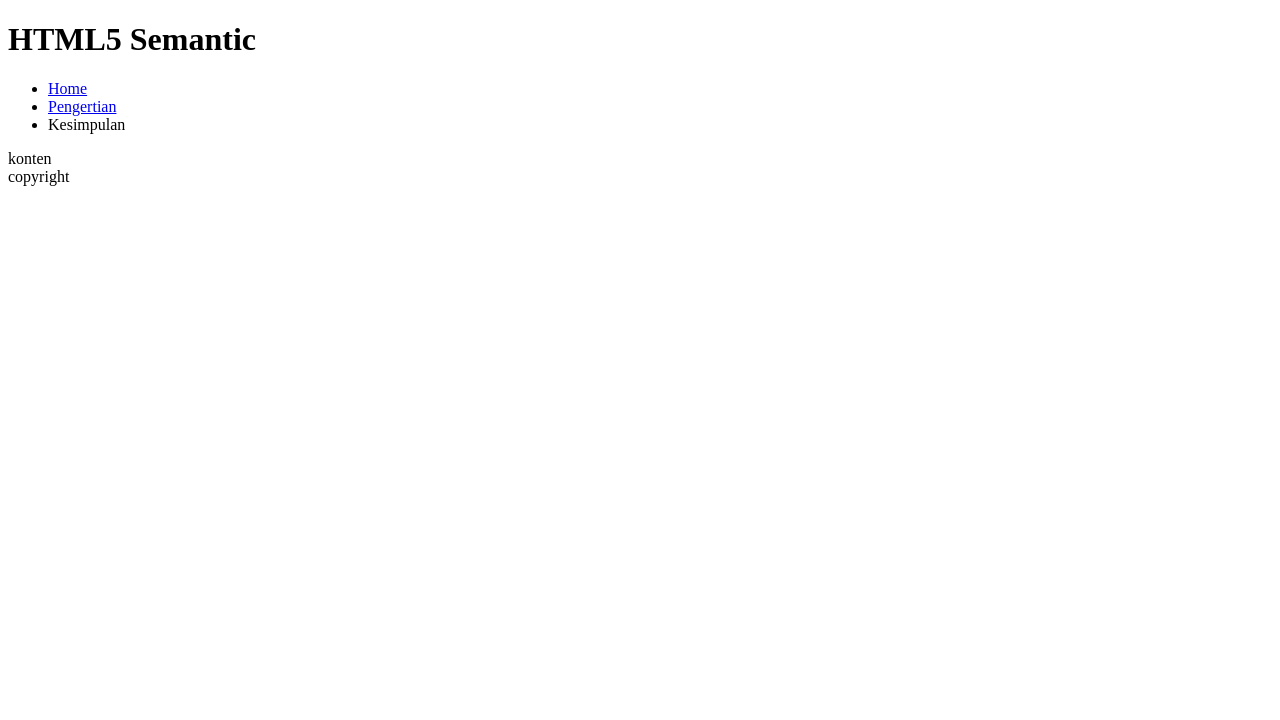
Repository: DejanAmru/dejan-praktikum
Page: modul-4/4.html
These files come from the project's save history. The page is drawn as it stood at one moment and after the next save; the edit follows.
The browser window is 1280 px wide. The pictures show the whole page.

Above is the page before, as saved 2025-10-24 14:47:10.

After the next save:
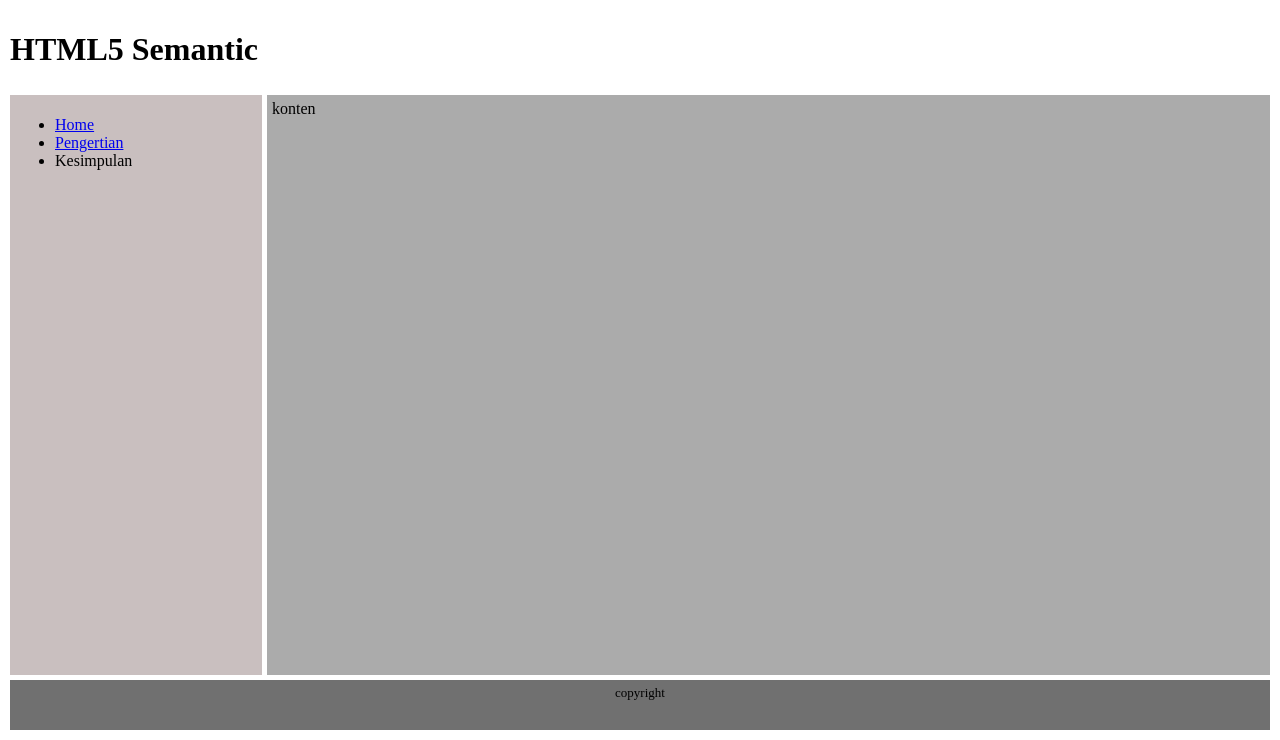
Saved 6 s later.
--- a/modul-4/4.html
+++ b/modul-4/4.html
@@ -1,5 +1,5 @@
 <!DOCTYPE html>
-<link rel="stylesheet" href=""
+<link rel="stylesheet" href="4.css"
 <header>
     <h1>HTML5 Semantic</h1>
 </header>
